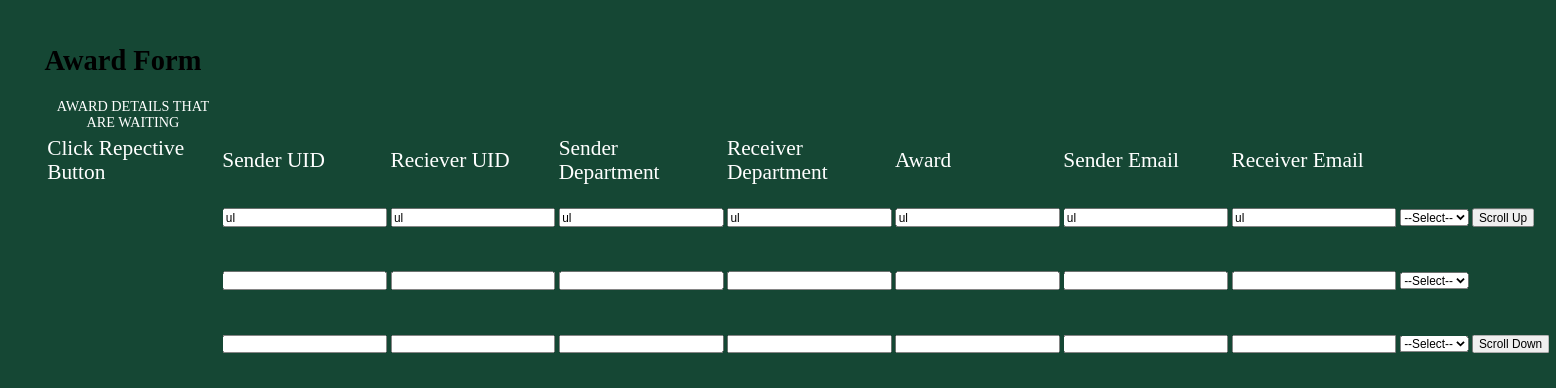
Repository: prajaktamore/Web-Based-Programming-3
Page: http://localhost/BinaryCalculator/Waiting.jsp
An editor plug-in stored every save of this project. The page is shown before and after the next save, followed by the edit.
The browser window is 1280 px wide. The page is 1748 px wide, so the pictures cover 1748 px, including what lies to the right of the window. The pictures show the whole page, at 89% of full size.
The page is served by Tomcat 9.

Above is the page before, as saved 2014-05-04 18:02:05.

After the next save:
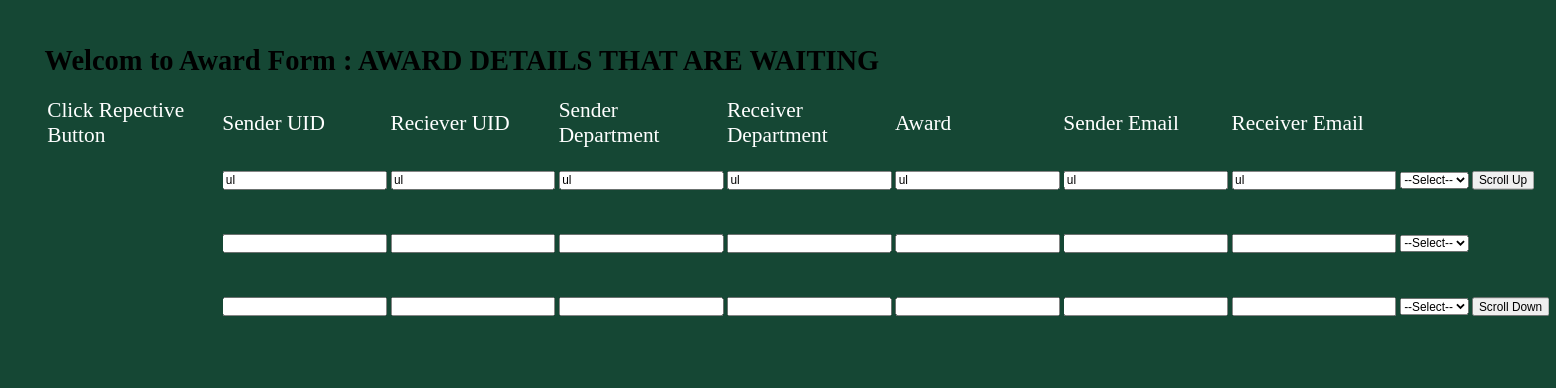
Saved 41 s later.
--- a/BinaryCalculator/WebContent/Waiting.jsp
+++ b/BinaryCalculator/WebContent/Waiting.jsp
@@ -415,13 +415,9 @@ function scrollUp()
 </script>
 </head>
 <body  onload="successCallback()">
-		<h1>Award Form</h1>
+		<h1>Welcom to Award Form : AWARD DETAILS THAT ARE WAITING</h1>
 			<form name="myForm"  method="POST" action="Waiting">
 				<table width="page">
-					<tr>
-						<td align="center">AWARD DETAILS THAT ARE WAITING</td>
-					</tr>
-					<tr></tr>
 					<tr>
 					<td><label style="color:#ffffff;font-size:24px;visibility:visible;" >Click Repective Button</label></td>
 					<td><label style="color:#ffffff;font-size:24px;visibility:visible;" >Sender UID</label></td>
